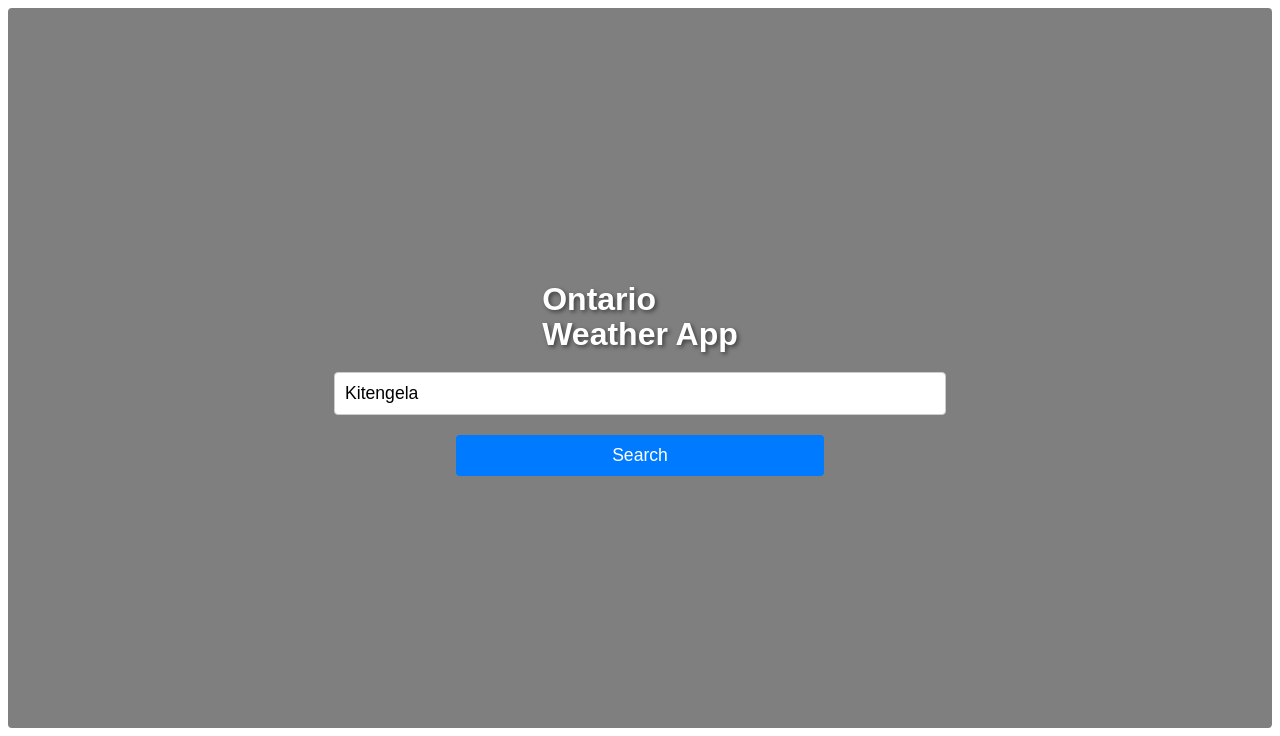
Repository: nashon11/SkyView-Weather-App
Page: index.html
The author's editor kept a copy of each file at every save. The page is drawn from the files as they stood at one save, then again after the next save.
The browser window is 1280 px wide. The pictures show the whole page.

Above is the page before, as saved 2024-03-05 20:23:00.

After the next save:
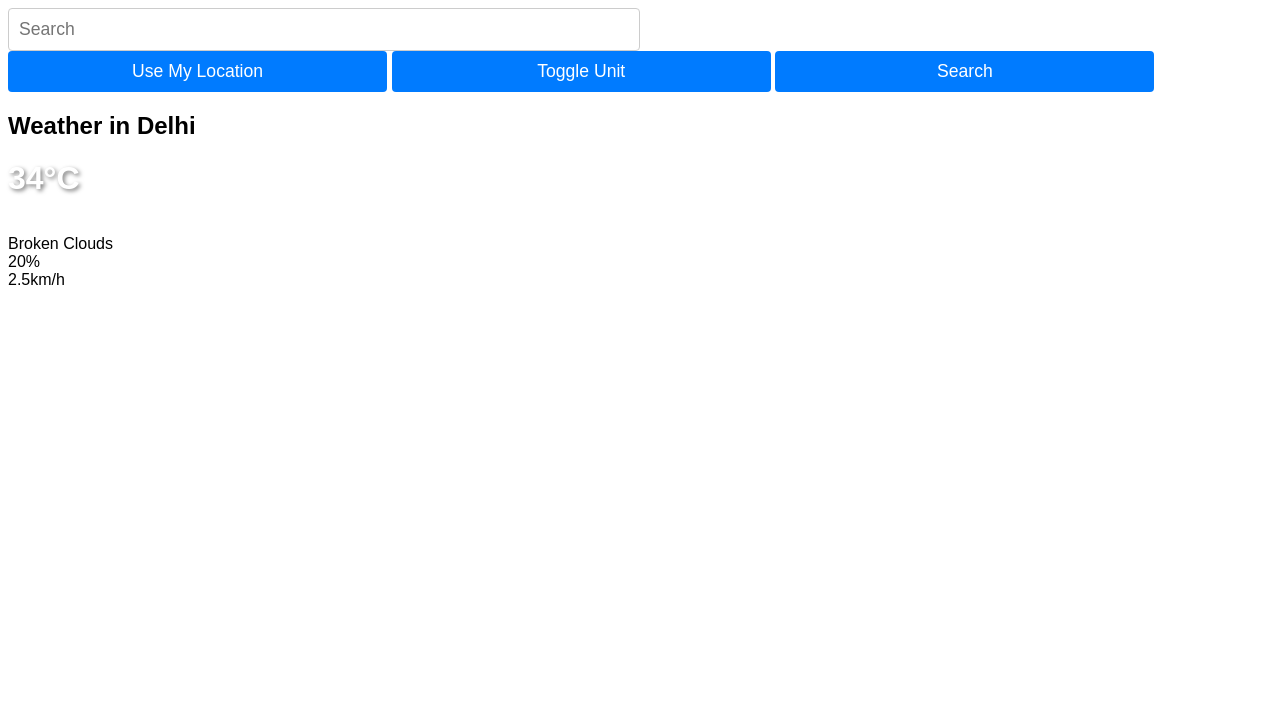
Saved 82 s later.
--- a/index.html
+++ b/index.html
@@ -2,19 +2,37 @@
 <html lang="en">
 <head>
     <meta charset="UTF-8">
+    <meta http-equiv="X-UA-Compatible" content="IE=edge">
     <meta name="viewport" content="width=device-width, initial-scale=1.0">
     <title>Weather App</title>
+    <link rel="preconnect" href="https://fonts.googleapis.com">
+    <link rel="preconnect" href="https://fonts.gstatic.com" crossorigin>
+    <link href="https://fonts.googleapis.com/css2?family=Open+Sans&display=swap" rel="stylesheet">
     <link rel="stylesheet" href="styles.css">
+    <script src="index.js" defer></script>
 </head>
 <body>
-    <div id="weather-app">
-        <h1>Ontario<br>Weather App</h1>
-        <div class="input-container">
-            <input type="text" id="city-input" placeholder="Search Ontario Weather App" value="Kitengela">
+    <div class="card">
+        <div class="search">
+            <input type="text" class="search-bar" placeholder="Search">
+            <div class="autocomplete"></div>
+            <button id="geolocation-btn">Use My Location</button>
+            <button id="unit-toggle-btn">Toggle Unit</button>
+            <button id="search-btn">Search</button>
         </div>
-        <button id="search-btn" onclick="fetchWeatherData('Kitengela')">Search</button>
+        <div class="weather loading">
+            <h2 class="city">Weather in Delhi</h2>
+            <h1 class="temp">34°C</h1>
+            <div class="flex">
+                <img src="" alt="" class="icon">
+                <div class="description">Broken Clouds</div>
+            </div>
+            <div class="humidity">20%</div>
+            <div class="wind">2.5km/h</div>
+        </div>
+        <div class="forecast loading">
+            <!-- Forecast data will be dynamically added here -->
+        </div>
     </div>
-
-    <script src="index.js"></script>
 </body>
 </html>
